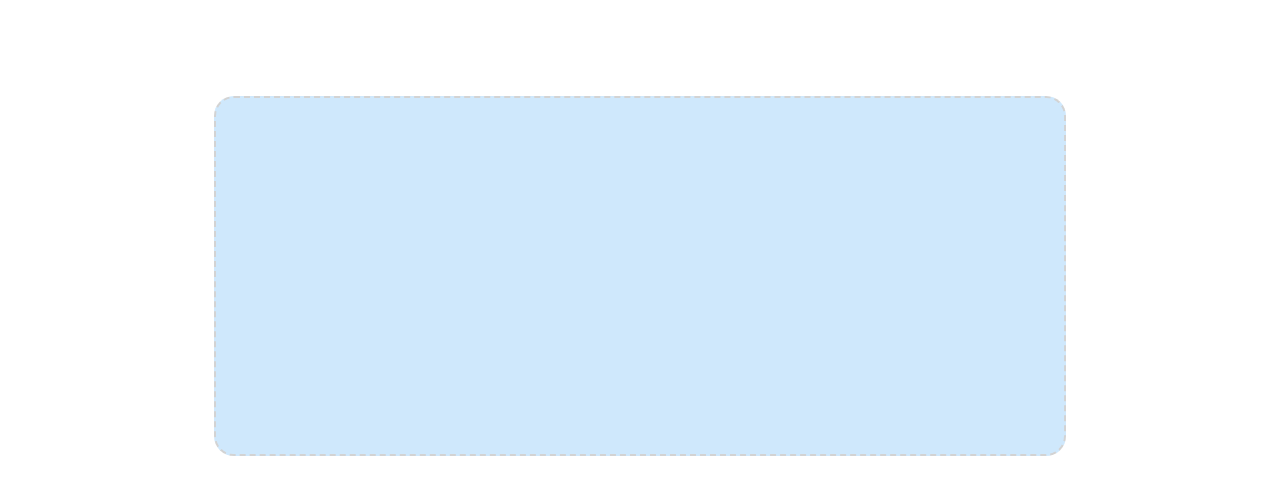
Repository: BhushanPatil-121/pdf-upload-nextjs
Page: /
These files come from the project's save history. The page is drawn as it stood at one moment and after the next save; the edit follows.
The browser window is 1280 px wide. The pictures show the whole page.
The project was rebuilt for these pictures with package versions that can differ from the ones it lists, and the page was loaded fresh each time. The framework's server and built-in components were replaced by stand-ins that run in the browser. Also part of the build but not shown: next.config.mjs.

Above is the page before, as saved 2024-02-29 11:31:57.

### src/app/page.tsx
"use client"
import styles from "./page.module.css";
import { styled } from '@mui/material/styles';
import Button from '@mui/material/Button';
import CloudUploadIcon from '@mui/icons-material/CloudUpload';
import { useState } from 'react';
import { Alert, Box, Card, Container, Stack, TextField } from "@mui/material";
import InsertDriveFileIcon from '@mui/icons-material/InsertDriveFile';
import SendIcon from '@mui/icons-material/Send';
import LoadingButton from '@mui/lab/LoadingButton';
import { CloudDownload } from "@mui/icons-material";

const VisuallyHiddenInput = styled('input')({
  clip: 'rect(0 0 0 0)',
  clipPath: 'inset(50%)',
  height: 1,
  overflow: 'hidden',
  position: 'absolute',
  bottom: 0,
  left: 0,
  whiteSpace: 'nowrap',
  width: 1,
});

export default function Home() {
  const [loading, setLoading] = useState(false);
  const [uploading, setUploding] = useState(false);
  const [fileName, setFileName] = useState<string>("")
  const [defaultFileName, setDefaultFileName] = useState<string>("")
  const [file, setFile] = useState<string>("")
  function handleClick(e: any) {
    setLoading(true);
    setTimeout(() => setLoading(false), 3000);
    setTimeout(() => {
      setUploding(true)
      setFileName("")
      setFile("")
    }, 3000);
    setTimeout(() => setUploding(false), 6000);
    e.preventDefault();
    let formData = new FormData();
    formData.append('filename', fileName);
    formData.append('file', file);
    console.log(fileName, file);
  }
  return (
    <main className={styles.main}>
      <Container maxWidth="md">
        <Box  className={styles.mainContainer }
        sx={{ bgcolor: '#cfe8fc', height: '50vh' }}>

        </Box>
      </Container>
    </main>
  );
}

### src/app/globals.css


* {
  box-sizing: border-box;
  padding: 0;
  margin: 0;
}

html,
body {
  max-width: 100vw;
  overflow-x: hidden;
}


a {
  color: inherit;
  text-decoration: none;
}

### src/app/page.module.css
.main {
  display: flex;
  flex-direction: column;
  justify-content: start;
  gap: 20px;
  align-items: center;
  padding: 6rem 0;
  min-height: 100vh;
}

.mainContainer {
  display: flex;
  flex-direction: column;
  justify-content: center;
  align-items: center;
  padding: 50px 100px;
  border-radius: 20px;
  border: dashed 2px lightgrey;
}

.mainHeading {
  color: grey;
}

.mainForm {
  display: flex;
  flex-direction: column;
  align-items: center;
  justify-content: center;
  width: 100%;
  padding: 10px;
  border-radius: 10px;
}

.mainFormContainer {
  display: flex;
  flex-direction: column;
  align-items: center;
  justify-content: center;
  width: 100%;
  height: 100%;
  border: 1px solid grey;
  border-radius: 5px;
  padding: 10px;
  gap: 10px;
  margin: 20px;
}

.mainFormSubContainer1 {
  display: flex;
  flex-direction: row;
  align-items: center;
  justify-content: center;
  gap: 10px;
  width: 100%;
}

.mainFormSubContainer2 {
  display: flex;
  flex-direction: row;
  align-items: center;
  justify-content: space-evenly;
  gap: 10px;
  width: 100%;

}

Loaded but not shown: src/app/layout.tsx (common file)

After the next save:
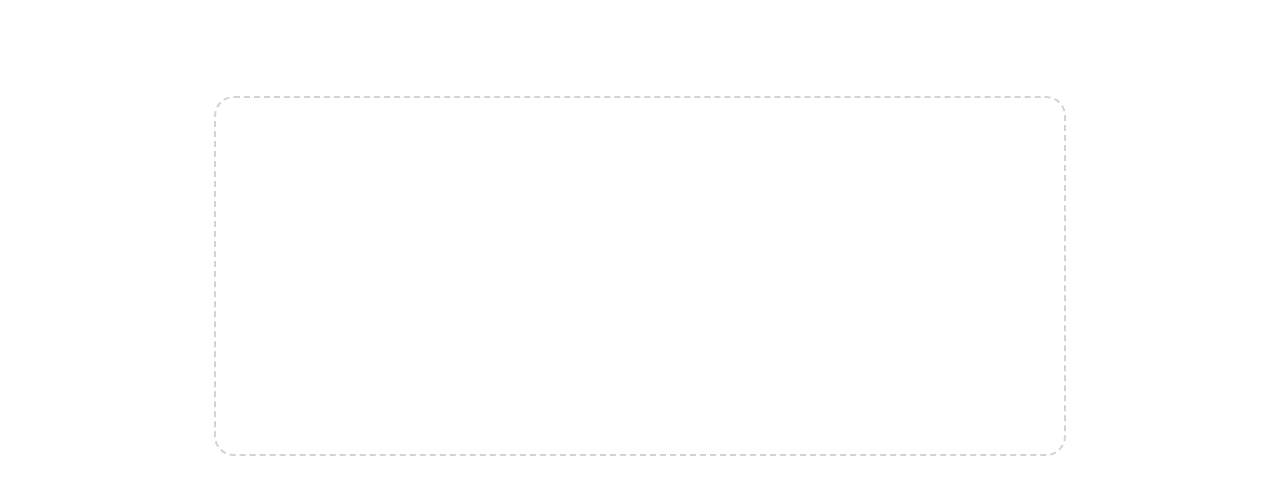
Saved 11 s later.
--- a/src/app/page.tsx
+++ b/src/app/page.tsx
@@ -47,7 +47,7 @@ export default function Home() {
     <main className={styles.main}>
       <Container maxWidth="md">
         <Box  className={styles.mainContainer }
-        sx={{ bgcolor: '#cfe8fc', height: '50vh' }}>
+        sx={{  height: '50vh' }}>
 
         </Box>
       </Container>
